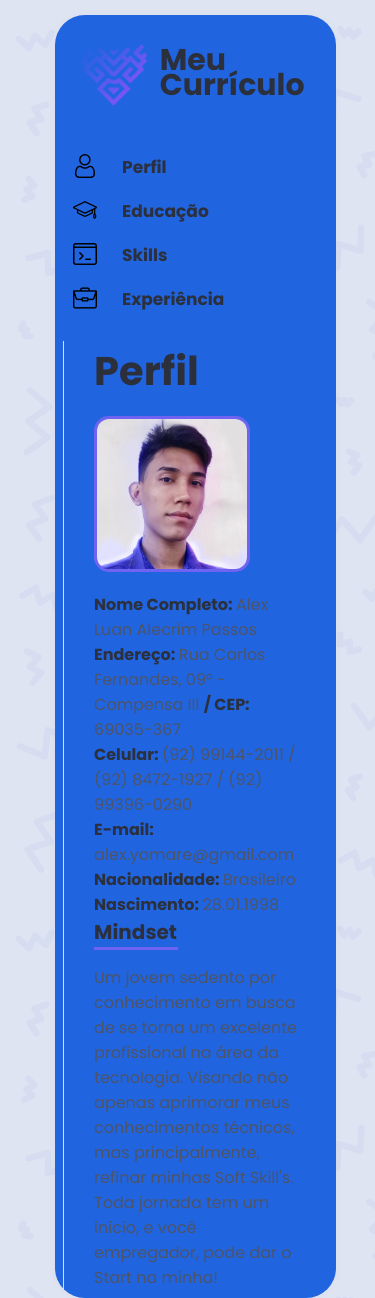
Repository: 4lex-passos/MeuPrimeiroSite
Page: index.html
The author's editor kept a copy of each file at every save. The page is drawn from the files as they stood at one save, then again after the next save.
The browser window is 375 px wide. The pictures show the whole page.

Above is the page before, as saved 2020-10-02 16:27:15.

After the next save:
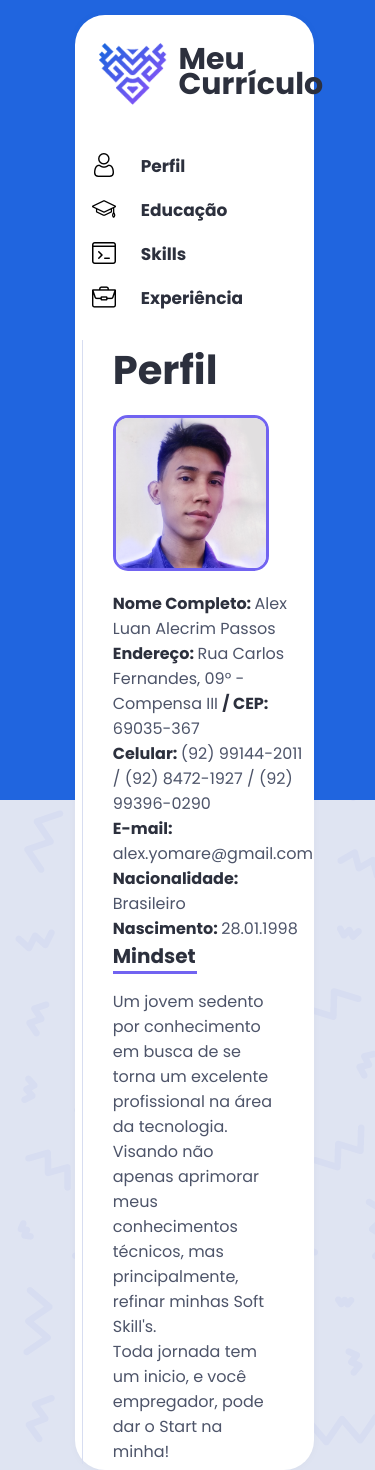
Saved 8 s later.
--- a/css/style.css
+++ b/css/style.css
@@ -312,7 +312,7 @@
 }
 
 @media (max-width: 630px) {
- .conteiner .box{
+ .conteiner{
     width: 100%;
     background: #2065DF;
   }

After the save that followed:
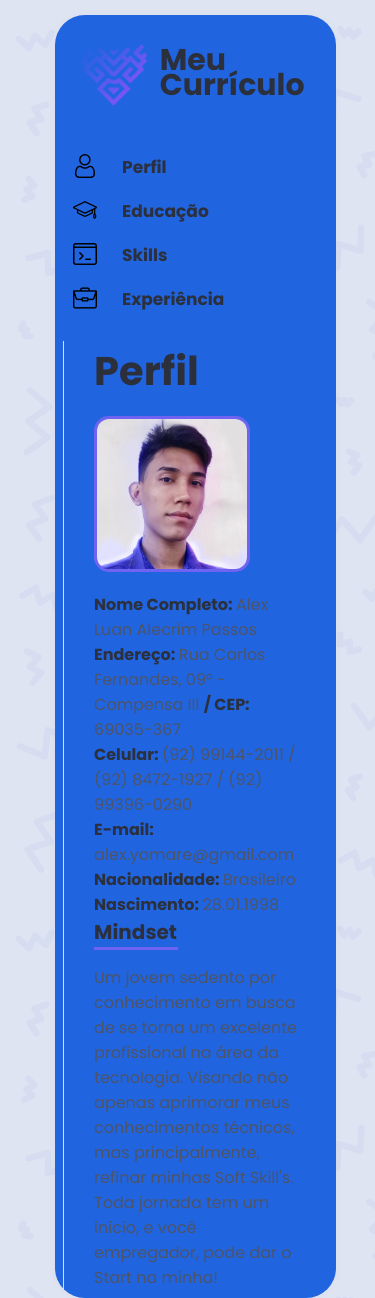
Saved 8 s later.
--- a/css/style.css
+++ b/css/style.css
@@ -312,7 +312,7 @@
 }
 
 @media (max-width: 630px) {
- .conteiner{
+ div.conteiner .box{
     width: 100%;
     background: #2065DF;
   }
